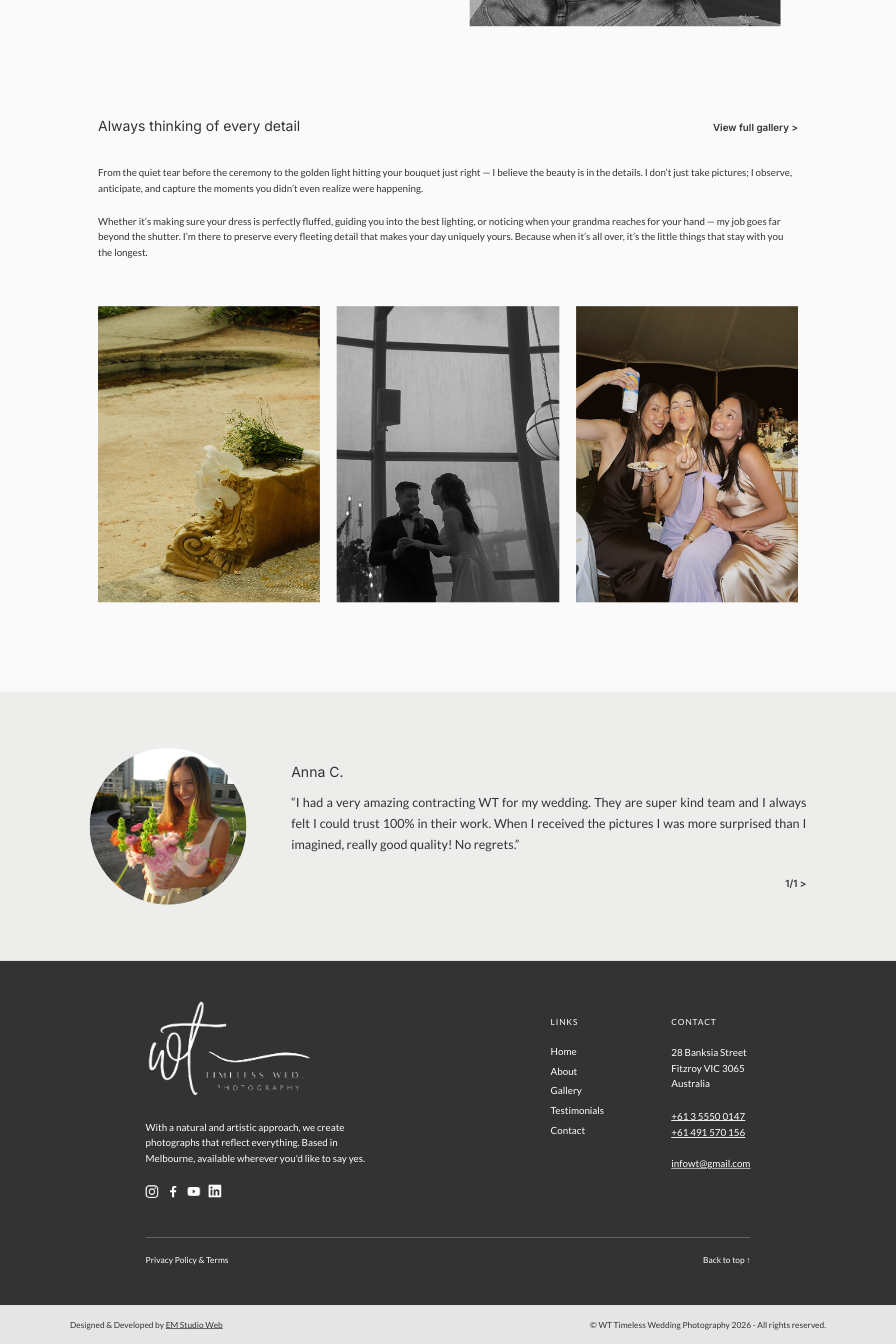
Repository: eduarda-magnago/wt-photography
Page: /
An editor plug-in stored every save of this project. The page is shown before and after the next save, followed by the edit.
The browser window is 1280 px wide. The pictures show the part of the page from y = 1879 to 3799 px (the page is 3799 px tall), at 70% of full size.
Some web fonts or font styles are not loaded; a fallback is used. The project was rebuilt for these pictures with package versions that can differ from the ones it lists, and the page was loaded fresh each time. The framework's server and built-in components were replaced by stand-ins that run in the browser. Also part of the build but not shown: next.config.ts.

Above is the page before, as saved 2026-10-19 13:15:20.

### app/layout.tsx
import type { Metadata } from "next";
import { Inter, Lato, Cormorant_SC } from "next/font/google";
import Header from "@/components/layout/header";
import Footer from "@/components/layout/footer";
import "./globals.css";

const inter = Inter({
  subsets: ["latin"],
  variable: "--font-inter",
});

const lato = Lato({
  subsets: ["latin"],
  weight: ["300", "400", "700"],
  variable: "--font-lato",
});

const cormorant = Cormorant_SC({
  subsets: ["latin"],
  weight: ["300", "400", "500"],
  variable: "--font-cormorant",
});

export const metadata: Metadata = {
  title: "Timeless Wedding Photography",
  description: "Timeless wedding photography",
};

export default function RootLayout({
  children,
}: {
  children: React.ReactNode;
}) {
  return (
    <html
      lang="en"
      className={`${inter.variable} ${lato.variable} ${cormorant.variable}`}
    >
      <body className="font-sans antialiased">
        <Header />
        <main>{children}</main>
        <Footer />
      </body>
    </html>
  );
}

### app/page.tsx
import Hero from "@/components/hero";
import Intro from "@/components/home/intro";
import About from "@/components/home/about";
import Details from "@/components/home/details";
import Testimonials from "@/components/home/testimonials";
import Reveal from "@/components/reveal";

export default function Home() {
  return (
    <>
      <Hero
        eyebrow="Timeless Wedding Photography"
        title="Capturing the essence of your treasured moments"
        image="/img/hero-bg.jpg"
      />
      <Reveal>
        <Intro />
      </Reveal>
      <Reveal>
        <About />
      </Reveal>
      <Reveal>
        <Details />
      </Reveal>
      <Reveal>
      <Testimonials />
      </Reveal>
    </>
  );
}

### components/layout/header.tsx
"use client";

import { useState } from "react";
import Image from "next/image";
import Link from "next/link";

const navLinks = [
  { label: "Home", href: "/" },
  { label: "About me", href: "/#about" },
  { label: "Gallery", href: "/#gallery" },
  { label: "Testimonials", href: "/#testimonials" },
  { label: "Contact Us", href: "/contact#contact-form" },
];

export default function Header() {
  const [open, setOpen] = useState(false);

  return (
    <header className="absolute inset-x-0 top-0 z-30">
      <div className="flex items-start justify-between px-6 py-8 md:px-14">
        <ul className="flex items-center gap-3">
          <li>
            <a
              href="#"
              aria-label="Instagram"
              className="relative block h-[19px] w-[18px] transition-opacity hover:opacity-70"
            >
              <Image
                src="/img/instagram.png"
                alt=""
                fill
                sizes="18px"
                className="object-contain"
              />
            </a>
          </li>
          <li>
            <a
              href="#"
              aria-label="Facebook"
              className="relative block h-[18px] w-[18px] transition-opacity hover:opacity-70"
            >
              <Image
                src="/img/facebook.png"
                alt=""
                fill
                sizes="18px"
                className="object-contain"
              />
            </a>
          </li>
          <li>
            <a
              href="#"
              aria-label="YouTube"
              className="relative block h-[18px] w-[18px] transition-opacity hover:opacity-70"
            >
              <Image
                src="/img/youtube.png"
                alt=""
                fill
                sizes="18px"
                className="object-contain"
              />
            </a>
          </li>
          <li>
            <a
              href="#"
              aria-label="LinkedIn"
              className="relative block h-[18px] w-[18px] transition-opacity hover:opacity-70"
            >
              <Image
                src="/img/linkedin.png"
                alt=""
                fill
                sizes="18px"
                className="object-contain"
              />
            </a>
          </li>
        </ul>

        <button
          type="button"
          onClick={() => setOpen(true)}
          aria-label="Open menu"
          className="relative block h-6 w-9 transition-opacity hover:opacity-70"
        >
          <Image
            src="/img/menu.png"
            alt=""
            fill
            sizes="36px"
            className="object-contain"
          />
        </button>
      </div>

      {open && (
        <div className="fixed inset-0 z-40 flex items-center justify-center bg-ink/95">
          <button
            type="button"
            onClick={() => setOpen(false)}
            aria-label="Close menu"
            className="absolute right-6 top-8 text-3xl text-white md:right-14"
          >
            ✕
          </button>
          <nav>
            <ul className="flex flex-col items-center gap-8">
              {navLinks.map((link) => (
                <li key={link.label}>
                  <Link
                    href={link.href}
                    onClick={() => setOpen(false)}
                    className="font-heading text-2xl text-white"
                  >
                    {link.label}
                  </Link>
                </li>
              ))}
            </ul>
          </nav>
        </div>
      )}
    </header>
  );
}

### components/layout/footer.tsx
import Image from "next/image";
import Link from "next/link";

const exploreLinks = [
  { label: "Home", href: "/" },
  { label: "About", href: "/#about" },
  { label: "Gallery", href: "/#gallery" },
  { label: "Testimonials", href: "/#testimonials" },
  { label: "Contact", href: "/contact#contact-form" },
];

const headingClass = "mb-6 text-xs uppercase tracking-widest";

export default function Footer() {
  return (
    <footer>
      <div className="bg-ink px-6 py-12 text-sm text-white md:px-52 md:py-14">
        <div className="mx-auto max-w-[1600px]">
          <div className="grid gap-12 md:grid-cols-[1fr_auto_auto] md:gap-24">
            <div>
              <Image
                src="/img/logo.png"
                alt="WT Timeless Photography"
                width={240}
                height={110}
              />
              <p className="mt-6 max-w-xs leading-relaxed md:mt-8">
                With a natural and artistic approach, we create photographs
                that reflect everything. Based in Melbourne, available wherever you&apos;d like to say yes.
              </p>
              <ul className="mt-6 flex items-center gap-3">
                <li>
                  <a
                    href="#"
                    aria-label="Instagram"
                    className="transition-opacity hover:opacity-70"
                  >
                    <Image src="/img/instagram.png" alt="" width={18} height={18} />
                  </a>
                </li>
                <li>
                  <a
                    href="#"
                    aria-label="Facebook"
                    className="relative block h-[18px] w-[18px] transition-opacity hover:opacity-70"
                  >
                    <Image
                      src="/img/facebook.png"
                      alt=""
                      fill
                      sizes="18px"
                      className="object-contain"
                    />
                  </a>
                </li>
                <li>
                  <a
                    href="#"
                    aria-label="YouTube"
                    className="transition-opacity hover:opacity-70"
                  >
                    <Image src="/img/youtube.png" alt="" width={18} height={18} />
                  </a>
                </li>
                <li>
                  <a
                    href="#"
                    aria-label="LinkedIn"
                    className="transition-opacity hover:opacity-70"
                  >
                    <Image src="/img/linkedin.png" alt="" width={18} height={18} />
                  </a>
                </li>
              </ul>
            </div>

            <div className="md:pt-6">
              <h3 className={headingClass}>Links</h3>
              <ul className="space-y-2">
                {exploreLinks.map((link) => (
                  <li key={link.label}>
                    <Link href={link.href}>{link.label}</Link>
                  </li>
                ))}
              </ul>
            </div>

            <div className="md:pt-6">
              <h3 className={headingClass}>Contact</h3>
              <address className="not-italic leading-relaxed">
                28 Banksia Street
                <br />
                Fitzroy VIC 3065
                <br />
                Australia
              </address>
              <div className="mt-6 flex flex-col gap-1 underline">
                <a href="tel:+61355500147">+61 3 5550 0147</a>
                <a href="tel:+61491570156">+61 491 570 156</a>
              </div>
              <a
                href="mailto:infowt@gmail.com"
                className="mt-6 block underline"
              >
                infowt@gmail.com
              </a>
            </div>
          </div>

          <div className="mt-14 flex flex-col gap-3 border-t border-white/30 pt-6 text-xs md:flex-row md:items-center md:justify-between">
            <Link href="/privacy-policy-terms" className="transition-opacity hover:opacity-70">
              Privacy Policy &amp; Terms
            </Link>
            <a href="#" className="transition-opacity hover:opacity-70">
              Back to top &uarr;
            </a>
          </div>
        </div>
      </div>

      <div className="bg-neutral-200 px-6 py-5 text-xs text-ink md:px-25">
        <div className="mx-auto flex max-w-[1600px] flex-col gap-2 md:flex-row md:justify-between">
          <p>
            Designed &amp; Developed by{" "}
            <a
              href="https://www.instagram.com/webstudio.em"
              target="_blank"
              rel="noopener noreferrer"
              className="underline"
            >
              EM Studio Web
            </a>
          </p>
          <p>© WT Timeless Wedding Photography 2026 - All rights reserved.</p>
        </div>
      </div>
    </footer>
  );
}

### app/globals.css
@import "tailwindcss";

@theme inline {
  --font-sans: var(--font-lato);
  --font-heading: var(--font-inter);
  --font-hero: var(--font-cormorant);

  --color-ink: #333333;
  --color-sand: #ededeb;
  --color-paper: #fafafa;
  --color-blush: #f4e6dc;
}

html {
  scroll-behavior: smooth;
}

body {
  background: var(--color-paper);
  color: var(--color-ink);
}

### components/hero.tsx
import Image from "next/image";
import Link from "next/link";

type HeroProps = {
  eyebrow: string;
  title: string;
  image: string;
  ctaLabel?: string;
  ctaHref?: string;
};

export default function Hero({
  eyebrow,
  title,
  image,
  ctaLabel = "Explore our gallery",
  ctaHref = "/#gallery",
}: HeroProps) {
  return (
    <section className="relative flex h-[70vh] min-h-[715px] items-center justify-center overflow-hidden">
      <Image
        src="/img/hero.png"
        alt=""
        fill
        priority
        sizes="100vw"
        className="object-cover"
      />
      <div className="absolute inset-0 bg-black/5" />
      <div className="relative z-10 flex max-w-3xl flex-col items-center px-6 text-center text-white">
        <p className="mb-4 text-sm">{eyebrow}</p>
        <h1 className="font-hero text-5xl capitalize leading-[0.7] md:text-7xl">
          {title}
        </h1>
        <Link
          href={ctaHref}
          className="mt-8 border-b border-white pb-1 text-xs uppercase tracking-wider"
        >
          {ctaLabel}
        </Link>
      </div>
    </section>
  );
}

### components/home/intro.tsx
export default function Intro() {
  return (
    <section className="bg-sand px-6 py-22 md:py-25">
      <p className="mx-auto max-w-3xl text-justify text-xl leading-relaxed md:text-2xl">
        Your love story is one of a kind, filled with genuine emotions,
        meaningful details, and unforgettable moments. Our passion is to
        preserve those fleeting seconds and transform them into timeless images
        that you will cherish for a lifetime.
      </p>
    </section>
  );
}

### components/home/about.tsx
import Image from "next/image";

export default function About() {
  return (
    <section id="about" className="bg-paper px-6 py-24 md:px-14 md:py-32">
      <div className="mx-auto grid max-w-[950px] items-center gap-12 md:grid-cols-[435fr_500fr] md:gap-x-12 xl:gap-x-[120px]">
        <div>
          <h2 className="font-heading text-[20px]">Meet the photographer</h2>

          <div className="mt-6 space-y-7 text-justify text-base leading-6">
            <p>
              Hi, I’m Emily Rose. I’m a wedding photographer based in
              Australia, passionate about telling love stories through my
              lens. What began as a love for capturing small, quiet moments has
              grown into a career built on trust, emotion, and the art of
              honest storytelling.
            </p>
            <p>
              With over 6 years of experience, I specialize in natural,
              documentary-style photography that focuses on genuine connection, not stiff poses. I believe the best photos are the ones where
              you forget the camera is even there.
            </p>
            <p>
              Beyond photography, I’m a calm presence on a whirlwind day. From
              fixing veils to finding the best light, I’m there to make your
              experience effortless and enjoyable. My clients often say I felt
              like a friend with a camera, and that’s the greatest compliment
              I could ask for.
            </p>
            <p>
              Let’s create something timeless together — photos you’ll look at
              30 years from now and still feel everything.
            </p>
          </div>
        </div>

        <div className="relative aspect-[619/855] w-full md:aspect-[619/1000]">
          <Image
            src="/img/about.png"
            alt="Wedding photographer picture"
            fill
            sizes="(min-width: 1280px) 500px, (min-width: 768px) 50vw, 100vw"
            className="object-cover"
          />
        </div>
      </div>
    </section>
  );
}

### components/home/details.tsx
import Image from "next/image";
import Link from "next/link";

const photos = [
  { src: "/img/detail1.png", alt: "Bouquet resting on a golden ornament" },
  { src: "/img/detail2.png", alt: "Couple dancing by a large window" },
  { src: "/img/detail3.png", alt: "Bridesmaids laughing together" },
];

export default function Details() {
  return (
    <section id="gallery" className="bg-paper px-6 pb-24 md:px-14 md:pb-32">
      <div className="mx-auto max-w-[1000px]">
        <div className="flex items-baseline justify-between">
          <h2 className="font-heading text-[20px]">
            Always thinking of every detail
          </h2>
          <Link href="/#gallery" className="font-heading text-sm font-semibold">
            View full gallery &gt;
          </Link>
        </div>

        <div className="mt-10 space-y-6 text-sm leading-relaxed">
          <p>
            From the quiet tear before the ceremony to the golden light hitting
            your bouquet just right — I believe the beauty is in the details. I
            don’t just take pictures; I observe, anticipate, and capture the
            moments you didn’t even realize were happening.
          </p>
          <p>
            Whether it’s making sure your dress is perfectly fluffed, guiding
            you into the best lighting, or noticing when your grandma reaches
            for your hand — my job goes far beyond the shutter. I’m there to
            preserve every fleeting detail that makes your day uniquely yours.
            Because when it’s all over, it’s the little things that stay with
            you the longest.
          </p>
        </div>

        <div className="mt-16 grid gap-6 md:grid-cols-3">
          {photos.map((photo) => (
            <div key={photo.src} className="relative aspect-[3/4]">
              <Image
                src={photo.src}
                alt={photo.alt}
                fill
                sizes="(min-width: 768px) 33vw, 100vw"
                className="object-cover"
              />
            </div>
          ))}
        </div>
      </div>
    </section>
  );
}

### components/home/testimonials.tsx
"use client";

import { useState } from "react";
import Image from "next/image";

const testimonials = [
  {
    name: "Anna C.",
    image: "/img/testimonial.png",
    quote:
      "I had a very amazing contracting WT for my wedding. They are super kind team and I always felt I could trust 100% in their work. When I received the pictures I was more surprised than I imagined, really good quality! No regrets.",
  },
];

export default function Testimonials() {
  const [index, setIndex] = useState(0);
  const current = testimonials[index];

  function next() {
    setIndex((prev) => (prev + 1) % testimonials.length);
  }

  return (
    <section id="testimonials" className="bg-sand px-6 py-20 md:px-14">
      <div className="mx-auto grid max-w-5xl items-center gap-10 md:grid-cols-[auto_1fr] md:gap-16">
        <div className="relative h-48 w-48 overflow-hidden rounded-full md:h-56 md:w-56">
          <Image
            src={current.image}
            alt={current.name}
            fill
            sizes="224px"
            className="object-cover"
          />
        </div>

        <div>
          <h3 className="font-heading text-xl">{current.name}</h3>
          <blockquote className="mt-4 text-justify text-lg leading-relaxed">
            “{current.quote}”
          </blockquote>
          <button
            type="button"
            onClick={next}
            className="font-heading mt-8 ml-auto block text-sm font-semibold"
          >
            {index + 1}/{testimonials.length} &gt;
          </button>
        </div>
      </div>
    </section>
  );
}

### components/reveal.tsx
"use client";

import { useEffect, useRef, useState, type ReactNode } from "react";

type RevealProps = {
  children: ReactNode;
  className?: string;
  delay?: number;
};

export default function Reveal({
  children,
  className = "",
  delay = 0,
}: RevealProps) {
  const ref = useRef<HTMLDivElement>(null);
  const [visible, setVisible] = useState(false);

  useEffect(() => {
    const el = ref.current;
    if (!el) return;

    const observer = new IntersectionObserver(
      ([entry]) => {
        setVisible(entry.isIntersecting);
      },
      { threshold: 0.15, rootMargin: "0px 0px -5% 0px" }
    );

    observer.observe(el);
    return () => observer.disconnect();
  }, []);

  return (
    <div
      ref={ref}
      style={{ transitionDelay: `${delay}ms` }}
      className={`transition-all duration-700 ease-out motion-reduce:transition-none ${
        visible ? "translate-y-0 opacity-100" : "translate-y-8 opacity-0"
      } ${className}`}
    >
      {children}
    </div>
  );
}

After the next save:
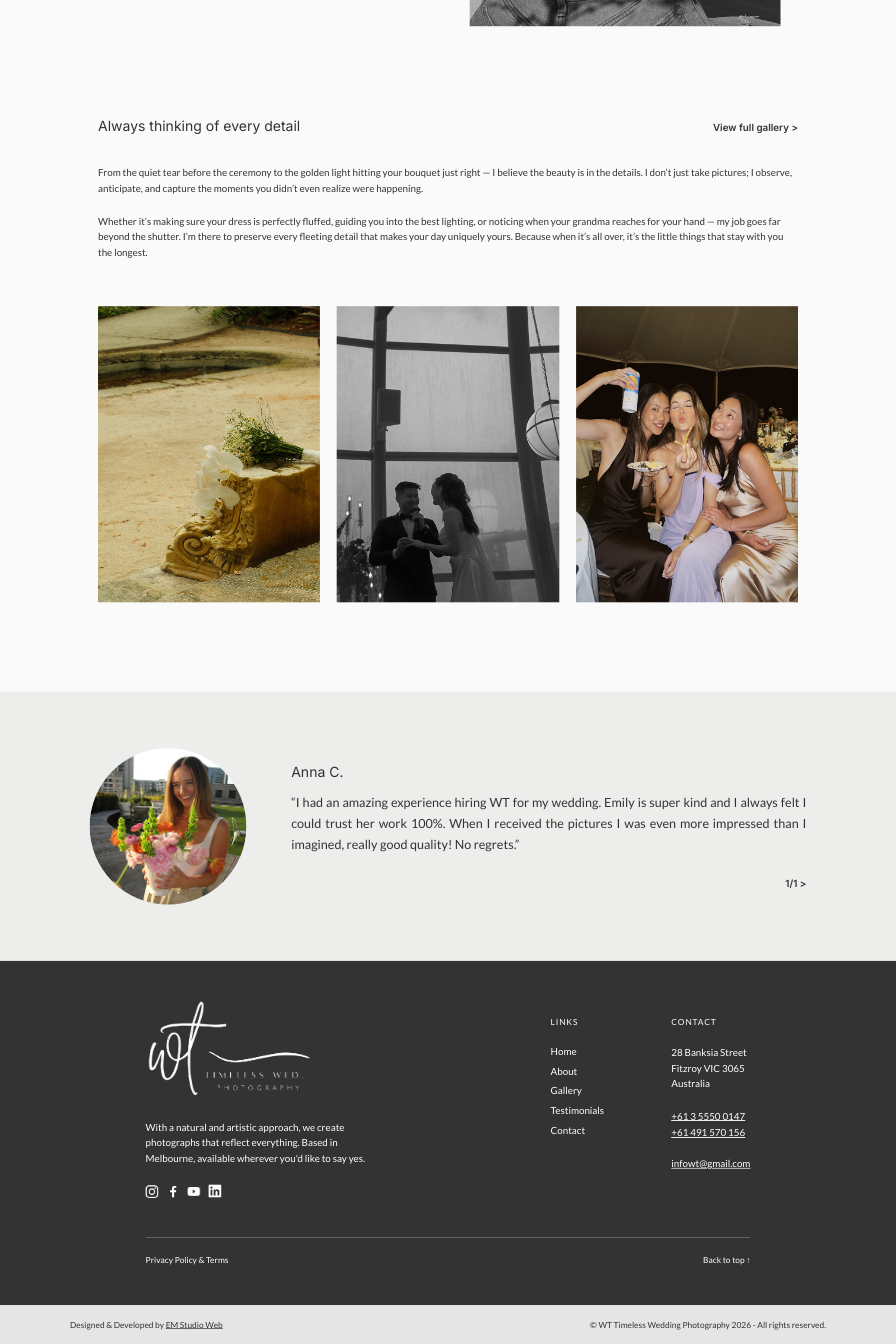
Saved 84 s later.
--- a/components/home/testimonials.tsx
+++ b/components/home/testimonials.tsx
@@ -8,7 +8,7 @@ const testimonials = [
     name: "Anna C.",
     image: "/img/testimonial.png",
     quote:
-      "I had a very amazing contracting WT for my wedding. They are super kind team and I always felt I could trust 100% in their work. When I received the pictures I was more surprised than I imagined, really good quality! No regrets.",
+      "I had an amazing experience hiring WT for my wedding. Emily is super kind and I always felt I could trust her work 100%. When I received the pictures I was even more impressed than I imagined, really good quality! No regrets.",
   },
 ];
 
